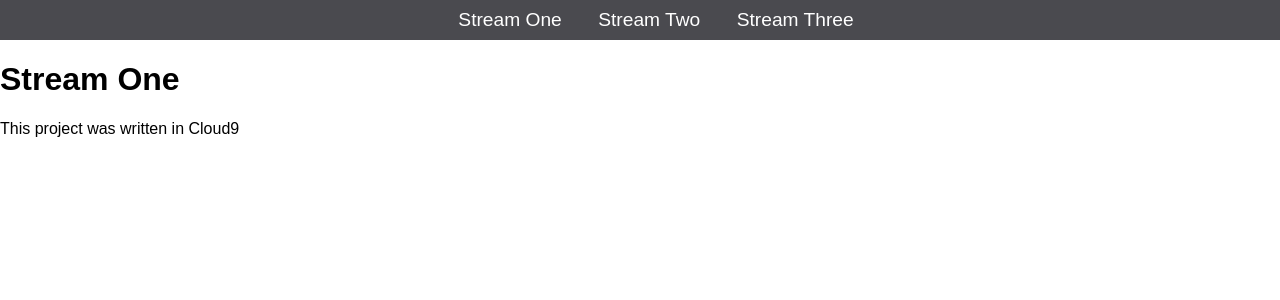
Repository: diovcharova/my-first-website
Page: index.html
The author's editor kept a record of every edit. The page is drawn from the files as they stood at one moment, then again after the next edit.
The browser window is 1280 px wide. The pictures show the whole page.

Above is the page before.

### index.html
<!DOCTYPE html>
<html>
    <head>
        <title>Hello World</title>
        <link rel="stylesheet" href="CSS/style.css" type="text/css" />
    </head>
    <body>
        <nav>
            <ul>
                <li><a href="stream-one.html">Stream One</a></li>
                <li><a href="stream-two.html">Stream Two</a></li>
                <li><a href="stream-three.html">Stream Three</a></li>
            </ul>
        </nav>
        <h1>Stream One</h1>
        <p>This project was written in Cloud9</p>
    </body>
</html>

### CSS/style.css
body{
    margin: 0;
    padding: 0;
    font-family: 'Oswald', sans-serif;
}

nav ul{
    list-style: none;
    background-color: #4a4a4f;
    text-align: center;
    margin: 0;
    padding: 0;
}

nav li{
    font-size: 1.2em;
    line-height: 40px;
    height: 40px;
    display: inline-block;
    margin-left: 2.5%;
}

nav a{
    text-decoration: none;
    color: #ffffff;
    display: block;
}

nav a:hover{
    background-color: #ffffff;
    color: #4a4a4f;
}

.card{
    float: left;
    width: 20%;
    margin-left: 10%;

}

.card a{
    text-align: center;
}

img{
    width: 100%;
}

h2{
    text-align: center;
}

After the next edit:
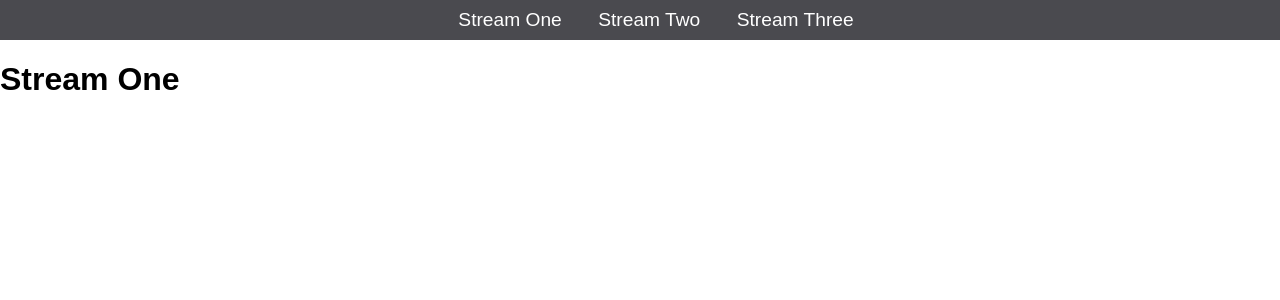
The edit:
--- a/index.html
+++ b/index.html
@@ -13,6 +13,11 @@
             </ul>
         </nav>
         <h1>Stream One</h1>
-        <p>This project was written in Cloud9</p>
-    </body>
+<div class="card">
+    <a href="">
+        <img />
+        <h2></h2>
+    </a>
+</div>
+</body>
 </html>
